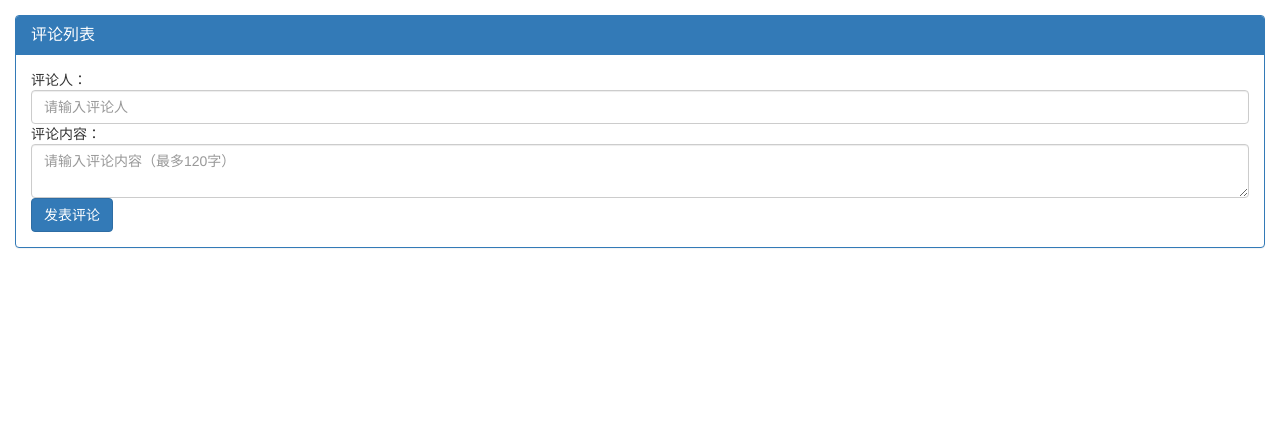
Repository: R1Deemo/ajax
Page: 评论列表.html
These files come from the project's save history. The page is drawn as it stood at one moment and after the next save; the edit follows.
The browser window is 1280 px wide. The pictures show the whole page.

Above is the page before, as saved 2022-10-26 10:17:04.

After the next save:
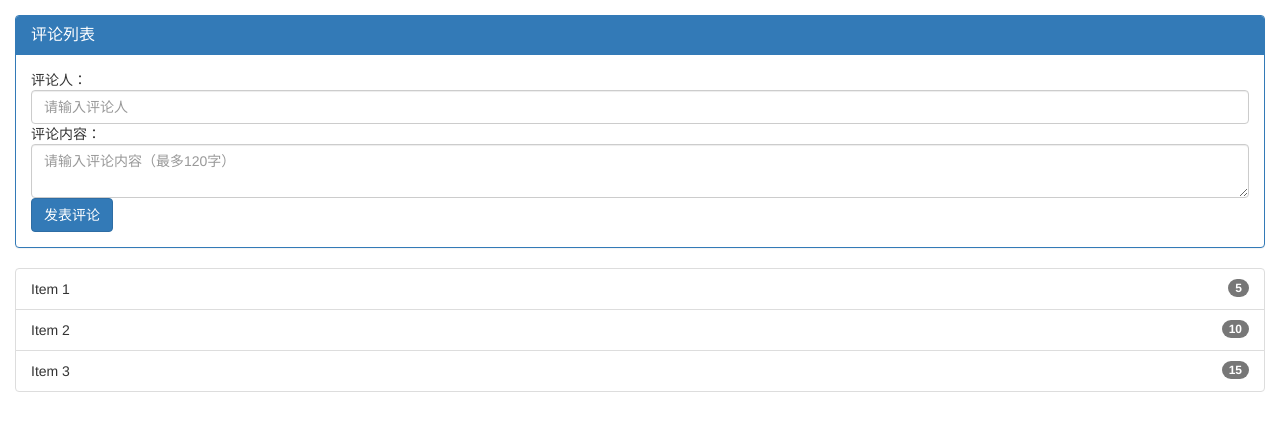
Saved 2 min 0 s later.
--- a/评论列表.html
+++ b/评论列表.html
@@ -12,7 +12,7 @@
 
 <body style="padding: 15px;">
     <div>
-
+        <!-- 评论面板 -->
         <div class="panel panel-primary">
             <div class="panel-heading">
                 <h3 class="panel-title">评论列表</h3>
@@ -35,6 +35,22 @@
             </div>
         </div>
 
+
+        <!-- 评论列表 -->
+
+        <ul class="list-group">
+            <li class="list-group-item">
+                <span class="badge">5</span> Item 1
+            </li>
+            <li class="list-group-item">
+                <span class="badge">10</span> Item 2
+            </li>
+            <li class="list-group-item">
+                <span class="badge">15</span> Item 3
+            </li>
+        </ul>
+
+
     </div>
 
 </body>
